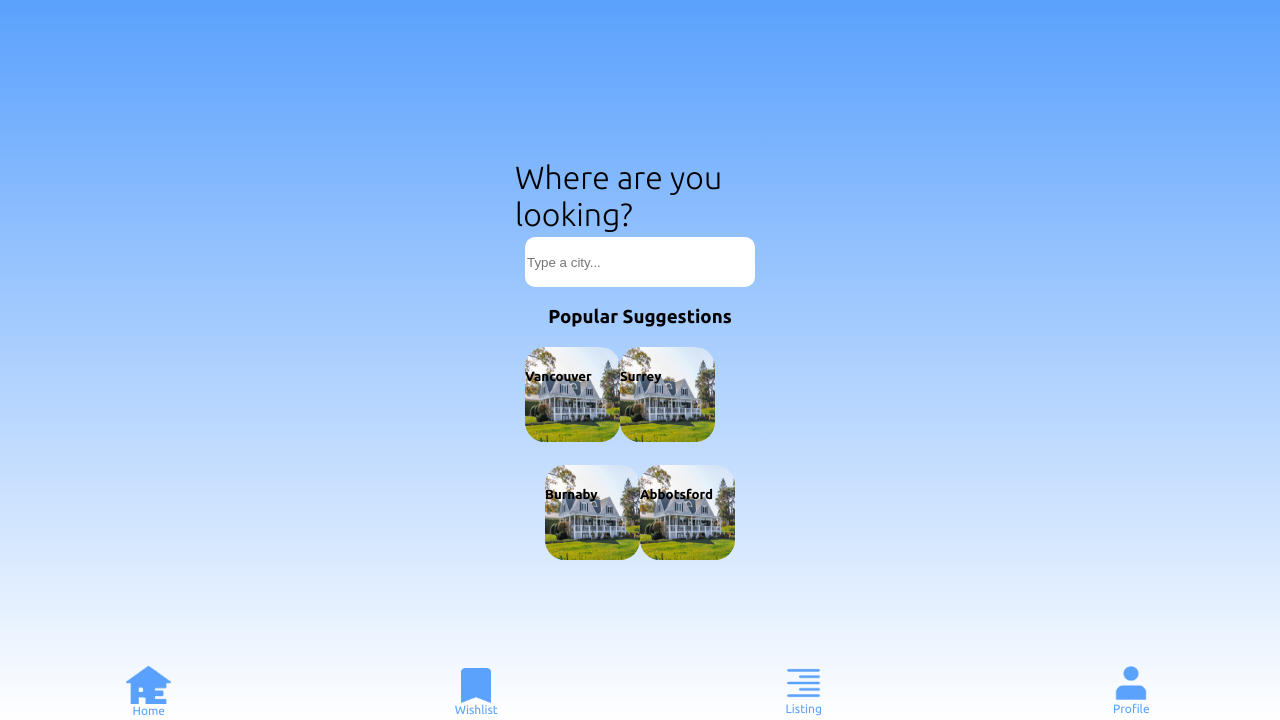
Repository: msyukurrr/realeasy
Page: /listing
An editor plug-in stored every save of this project. The page is shown before and after the next save, followed by the edit.
The browser window is 1280 px wide. The pictures show the whole page.
The project was rebuilt for these pictures with package versions that can differ from the ones it lists, and the page was loaded fresh each time. The framework's server and built-in components were replaced by stand-ins that run in the browser. Also part of the build but not shown: next.config.js, components/Button.js.

Above is the page before, as saved 2023-01-27 20:37:10.

### pages/listing.js
import Heading from "../components/Heading";
import NavBar from "../components/NavBar";
import styles from "../styles/Home.module.css"
import MainButton from "../components/Button.js";
import styled from "styled-components";



export default function Listing({

}){
    return(
        <><div className={styles.listing}>

        <Heading headingtxt="Where are you looking?"/>

        <input placeholder="Type a city..." style={{width:230, height:50, borderRadius:10, backgroundColor:"white", border:'transparent'}}></input>

        <h3>Popular Suggestions</h3>

    <div>

        <div style={{display:'flex', flexDirection:'row'}}>
            <div>
                <h5 style={{display:'flex', position:'absolute'}}>Vancouver</h5>
                <img src="house.png" style={{width:95, height:95, borderRadius:20}}/>

            </div>

            <div>
                <h5 style={{display:'flex', position:'absolute'}}>Surrey</h5>
                <img src="house.png" style={{width:95, height:95, borderRadius:20}}/>

            </div>
        </div>

        <div style={{display:'flex', flexDirection:'row', padding:20}}>
            <div>
                <h5 style={{display:'flex', position:'absolute'}}>Burnaby</h5>
                <img src="house.png" style={{width:95, height:95, borderRadius:20}}/>

            </div>

            <div>
                <h5 style={{display:'flex', position:'absolute'}}>Abbotsford</h5>
                <img src="house.png" style={{width:95, height:95, borderRadius:20}}/>

            </div>
        </div>

    </div>






        </div>
        <NavBar></NavBar>

        </>
    )
}

### styles/globals.css
@import url('https://fonts.googleapis.com/css2?family=Ubuntu:ital,wght@0,300;0,400;0,500;0,700;1,300;1,400;1,500;1,700&display=swap');

html,
body {
  padding: 0;
  margin: 0;
  font-family: "Ubuntu", sans-serif;
  background-color: #E6EEF8;
}

a {
  color: inherit;
  text-decoration: none;
}

* {
  box-sizing: border-box;
}

@media (prefers-color-scheme: dark) {
  html {
    color-scheme: dark;
  }
  body {
    color: white;
    background: E6EEF8;
  }
}

### components/Heading.js
import styled from "styled-components";

const Container = styled.div`
display: flex;
margin-left: 50px;
width: 300px;
height: 100px;

`

const Word = styled.h1`

color: ${props=>props.color};
font-weight: ${props=>props.fontweight};
`

export default function Heading({
    h1="Recommended by people around you",
    fw="300",
    color="#5AA1FD",
    headingtxt="Recommended by people around you"
}){
    return<>
    <Container>
    <Word fontweight={fw}
    >{headingtxt}</Word>
    </Container>
    </>
}

### components/NavBar.js
import styled from "styled-components";
import Link from "next/link";

const NavBarCont = styled.div`
position: fixed;
bottom: 0;
width: 100%;
`
const NavCont = styled.nav`
display: flex;
justify-content: space-around;
width: 100%;
background-color: transparent;
height: 60px;
`
const HomeCont = styled.div`
width: 50px;
height: 50px;
display:flex;
flex-direction: column;
justify-content: center;
align-items: center;
margin-top: ${props=>props.margintop};
`
const WishlistCont = styled.div`
width: 50px;
height: 50px;
display:flex;
flex-direction: column;
justify-content: center;
align-items: center;
margin-left: 30px;
margin-top: ${props=>props.margintop};
margin-bottom: ${props=>props.marginbottom};
`
const ListingCont = styled.div`
width: 50px;

display:flex;
flex-direction: column;
justify-content: center;
align-items: center;
margin-left: 30px;
margin-top: ${props=>props.margintop};
`
const ProfileCont = styled.div`
display:flex;
margin-left: 30px;
margin-top: ${props=>props.margintop};
`

const Icon = styled.img`
display: flex;
justify-content: center;
height: ${props=>props.height};
width: ${props=>props.width};
display: flex;
`

const NavList = styled.span`
display: flex;
align-self: center;
color: #5AA1FD;
font-size: 12px;
`


export default function NavBar({
    mt="5px",
    mb=""
}){
    return <NavBarCont>
    <NavCont>
        <Link href="/">
            <HomeCont margintop="6px">
                <Icon src='./logo.png' height="45px" width="45px"/>
                <NavList>Home</NavList>
            </HomeCont>
        </Link>
        <Link href="/wishlist">
            <WishlistCont margintop="7px">
                <Icon src='./wishlist.png' height="35px" width="30px"></Icon>
                <NavList>Wishlist</NavList>
            </WishlistCont>
        </Link>
        <Link href="/listing">
            <ListingCont margintop="4px">
                <Icon src='./listing.png' height="38px" width="45px"></Icon>
                <NavList>Listing</NavList>
            </ListingCont>
        </Link>
        <Link href="/profile">
            <ListingCont margintop="4px">
                <Icon src='./user.png' height="38px" width="40px"></Icon>
                <NavList>Profile</NavList>
            </ListingCont>
        </Link>
    </NavCont>
    </NavBarCont>
}

### styles/Home.module.css
.container {
  padding: 0 2rem;
}

.main {
  min-height: 100vh;
  padding: 4rem 0;
  flex: 1;
  display: flex;
  flex-direction: column;
  justify-content: center;
  align-items: center;
}


.listing {
  min-height: 100vh;
  padding: 4rem 0;
  flex: 1;
  display: flex;
  flex-direction: column;
  justify-content: center;
  align-items: center;
  background-image: linear-gradient(#5AA1FD, white);
}

.footer {
  display: flex;
  flex: 1;
  padding: 2rem 0;
  border-top: 1px solid #eaeaea;
  justify-content: center;
  align-items: center;
}

.footer a {
  display: flex;
  justify-content: center;
  align-items: center;
  flex-grow: 1;
}

.title a {
  color: #0070f3;
  text-decoration: none;
}

.title a:hover,
.title a:focus,
.title a:active {
  text-decoration: underline;
}

.title {
  margin: 0;
  line-height: 1.15;
  font-size: 4rem;
}

.title,
.description {
  text-align: center;
}

.description {
  margin: 4rem 0;
  line-height: 1.5;
  font-size: 1.5rem;
}

.code {
  background: #fafafa;
  border-radius: 5px;
  padding: 0.75rem;
  font-size: 1.1rem;
  font-family: Menlo, Monaco, Lucida Console, Liberation Mono, DejaVu Sans Mono,
    Bitstream Vera Sans Mono, Courier New, monospace;
}

.grid {
  display: flex;
  align-items: center;
  justify-content: center;
  flex-wrap: wrap;
  max-width: 800px;
}

.card {
  margin: 1rem;
  padding: 1.5rem;
  text-align: left;
  color: inherit;
  text-decoration: none;
  border: 1px solid #eaeaea;
  border-radius: 10px;
  transition: color 0.15s ease, border-color 0.15s ease;
  max-width: 300px;
}

.card:hover,
.card:focus,
.card:active {
  color: #0070f3;
  border-color: #0070f3;
}

.card h2 {
  margin: 0 0 1rem 0;
  font-size: 1.5rem;
}

.card p {
  margin: 0;
  font-size: 1.25rem;
  line-height: 1.5;
}

.logo {
  height: 1em;
  margin-left: 0.5rem;
}

@media (max-width: 600px) {
  .grid {
    width: 100%;
    flex-direction: column;
  }
}

@media (prefers-color-scheme: dark) {
  .card,
  .footer {
    border-color: #222;
  }
  .code {
    background: #111;
  }
  .logo img {
    filter: invert(1);
  }
}

Loaded but not shown: pages/_app.js (common file)

After the next save:
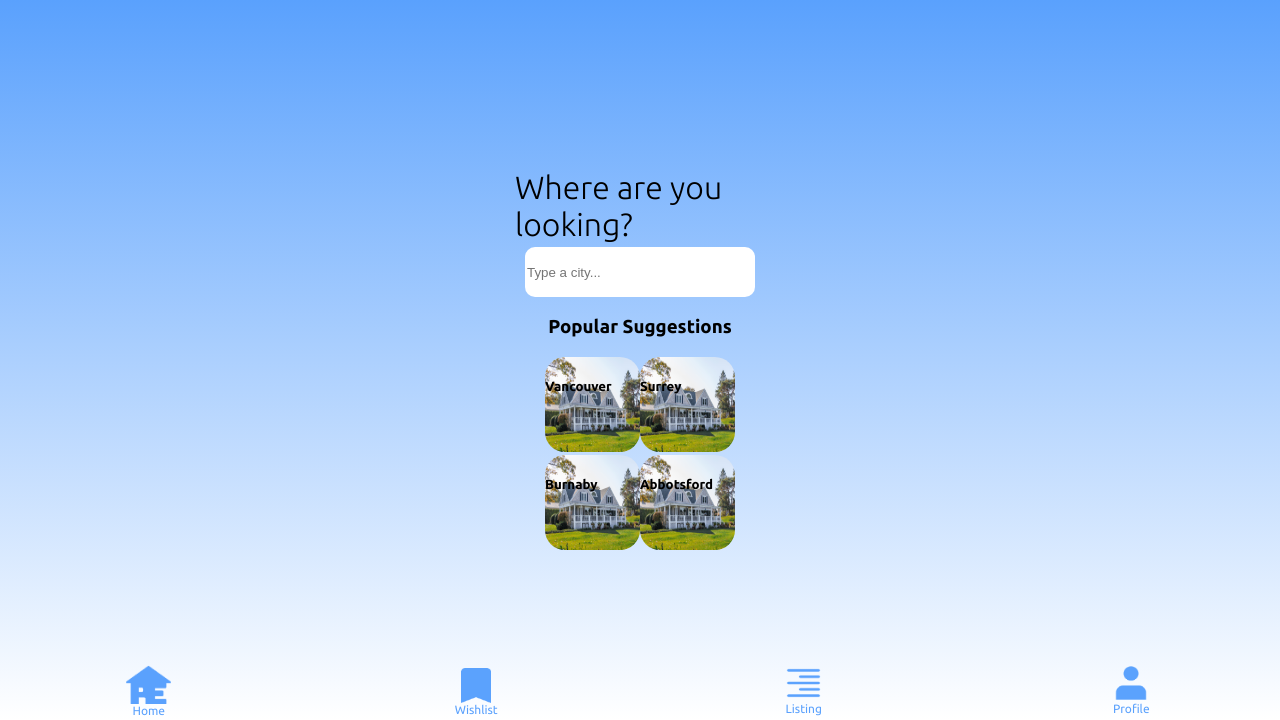
Saved 7 s later.
--- a/pages/listing.js
+++ b/pages/listing.js
@@ -34,7 +34,7 @@ export default function Listing({
             </div>
         </div>
 
-        <div style={{display:'flex', flexDirection:'row', padding:20}}>
+        <div style={{display:'flex', flexDirection:'row', paddingBottom:20}}>
             <div>
                 <h5 style={{display:'flex', position:'absolute'}}>Burnaby</h5>
                 <img src="house.png" style={{width:95, height:95, borderRadius:20}}/>
